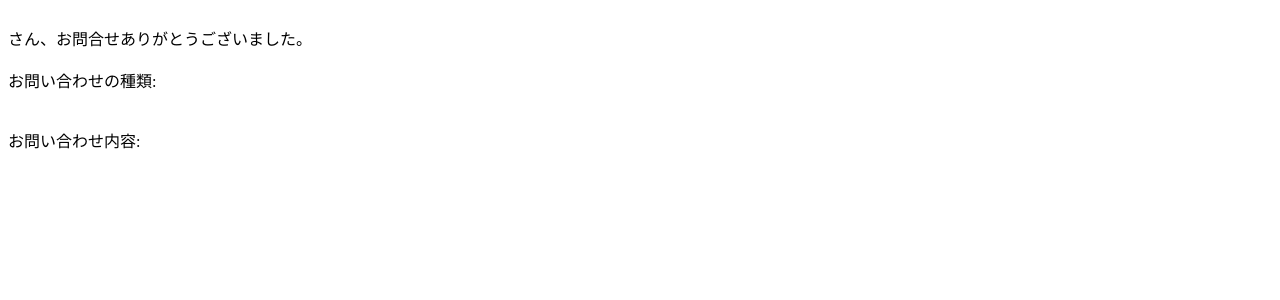
Repository: sinrisjp/test
Page: http://localhost/WebProj5/inquiryComplete.jsp
An editor plug-in stored every save of this project. The page is shown before and after the next save, followed by the edit.
The browser window is 1280 px wide. The pictures show the whole page.
The page is served by Tomcat 9. Other server files are loaded and not shown.

Above is the page before, as saved 2018-11-07 14:55:08.

### WebProj5/WebContent/inquiryComplete.jsp
<%@ page language="java" contentType="text/html; charset=UTF-8"
    pageEncoding="UTF-8"%>
<%@ taglib prefix="s" uri="/struts-tags" %>
<!DOCTYPE html>
<html>
<head>
<meta charset="UTF-8">
<title>お問い合わせ　受付完了</title>
</head>
<body>

<br>
<s:property value="name" />さん、お問合せありがとうございました。
<br>
<br>お問い合わせの種類:<br>
<s:if test='qtype=="company"'>
会社について
</s:if>
<s:if test='qtype=="product"'>
製品について
</s:if>
<s:if test='qtype=="support"'>
アフターサポートについて
</s:if>
<br>
<br>お問い合わせ内容:<br>
<s:property value="body" />

</body>
</html>

### WebProj5/WebContent/css/style.css
table {
width: auto;
border-spacing: 0;
font-size:14px;
}
table th {
color: #fff;
padding: 8px 15px;
background: #258;
background:-moz-linear-gradient(rgba(34,85,136,0.7), rgba(34,85,136,0.9) 50%);
background:-webkit-gradient(linear, 100% 0%, 100% 50%, from(rgba(34,85,136,0.7)), to(rgba(34,85,136,0.9)));
font-weight: bold;
border-left:1px solid #258;
border-top:1px solid #258;
border-bottom:1px solid #258;
line-height: 120%;
text-align: center;
text-shadow:0 -1px 0 rgba(34,85,136,0.9);
box-shadow: 0px 1px 1px rgba(255,255,255,0.3) inset;
}
table th:first-child {
border-radius: 5px 0 0 0;
}
table th:last-child {
border-radius:0 5px 0 0;
border-right:1px solid #258;
box-shadow: 2px 2px 1px rgba(0,0,0,0.1),0px 1px 1px rgba(255,255,255,0.3) inset;
}
table tr td {
padding: 8px 15px;
border-bottom: 1px solid #84b2e0;
border-left: 1px solid #84b2e0;
text-align: center;
}
table tr td:last-child {
border-right: 1px solid #84b2e0;
box-shadow: 2px 2px 1px rgba(0,0,0,0.1);
}
table tr {
background: #fff;
}
table tr:nth-child(2n+1) {
background: #f1f6fc;
}
table tr:last-child td {
box-shadow: 2px 2px 1px rgba(0,0,0,0.1);
}
table tr:last-child td:first-child {
border-radius: 0 0 0 5px;
}
table tr:last-child td:last-child {
border-radius: 0 0 5px 0;
}
table tr:hover {
background: #bbd4ee;
cursor:pointer;
}

After the next save:
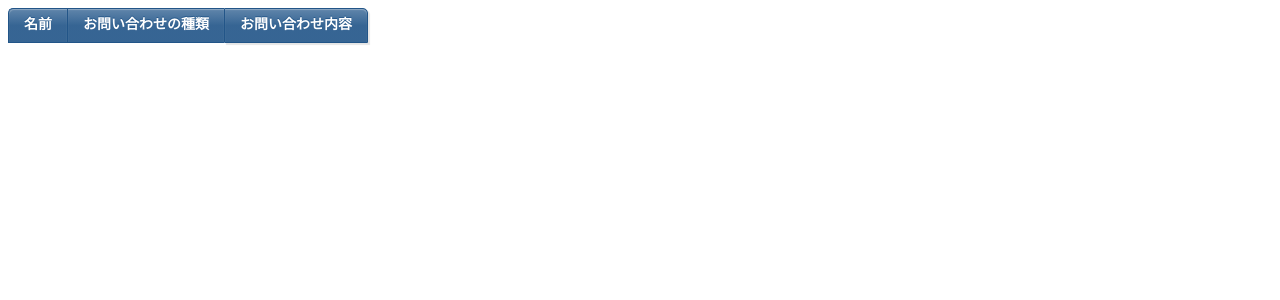
Saved 10 min 5 s later.
--- a/WebProj5/WebContent/inquiryComplete.jsp
+++ b/WebProj5/WebContent/inquiryComplete.jsp
@@ -5,26 +5,40 @@
 <html>
 <head>
 <meta charset="UTF-8">
+<link rel="stylesheet" type="text/css" href="./css/style.css">
 <title>お問い合わせ　受付完了</title>
 </head>
 <body>
 
-<br>
-<s:property value="name" />さん、お問合せありがとうございました。
-<br>
-<br>お問い合わせの種類:<br>
-<s:if test='qtype=="company"'>
-会社について
-</s:if>
-<s:if test='qtype=="product"'>
-製品について
-</s:if>
-<s:if test='qtype=="support"'>
-アフターサポートについて
-</s:if>
-<br>
-<br>お問い合わせ内容:<br>
-<s:property value="body" />
+<table>
+<tbody>
+ <tr>
+   <th>名前</th>
+   <th>お問い合わせの種類</th>
+   <th>お問い合わせ内容</th>
+ </tr>
 
+   <s:iterator value="#session.inquiryDTOList">
+     <tr>
+
+      <td><s:property value="name" /></td>
+
+      <s:if test='qtype=="company"'>
+        <td>会社について</td>
+      </s:if>
+
+      <s:if test='qtype=="product"'>
+        <td>製品について</td>
+      </s:if>
+
+      <s:if test='qtype=="support"'>
+        <td>アフターサポートについて</td>
+      </s:if>
+
+       <td><s:property value="body" /></td>
+     </tr>
+     </s:iterator>
+</tbody>
+</table>
 </body>
 </html>
